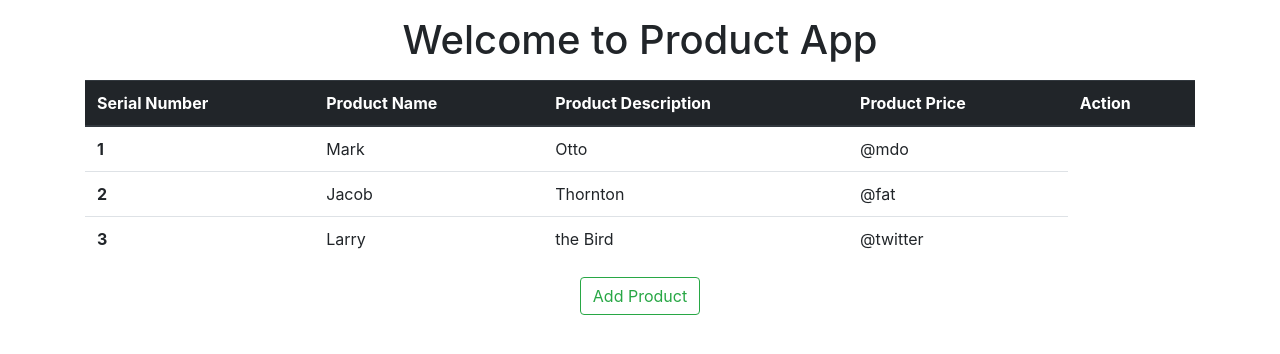
Repository: sagargudi/ProductApp
Page: http://localhost/CURDOperationUsingSpring/WEB-INF/views/index.jsp
The author's editor kept a copy of each file at every save. The page is drawn from the files as they stood at one save, then again after the next save.
The browser window is 1280 px wide. The pictures show the whole page.
Some web libraries are served in a nearby version. The page is served by Tomcat 9. Nobody is signed in. The template is opened directly, without the code that normally fills it, so the values that code supplies are empty.

Above is the page before, as saved 2021-03-06 11:30:41.

After the next save:
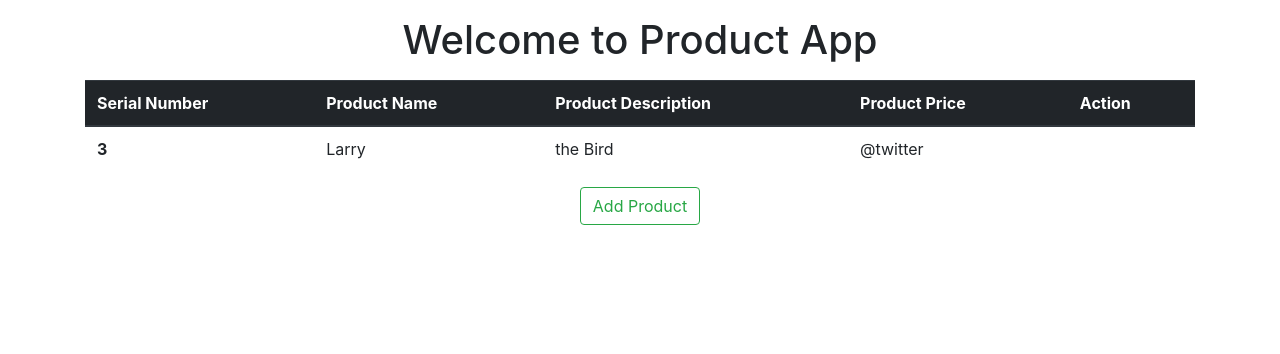
Saved 38 s later.
--- a/CURDOperationUsingSpring/src/main/webapp/WEB-INF/views/index.jsp
+++ b/CURDOperationUsingSpring/src/main/webapp/WEB-INF/views/index.jsp
@@ -22,19 +22,7 @@
 
     </tr>
   </thead>
-  <tbody>
-    <tr>
-      <th scope="row">1</th>
-      <td>Mark</td>
-      <td>Otto</td>
-      <td>@mdo</td>
-    </tr>
-    <tr>
-      <th scope="row">2</th>
-      <td>Jacob</td>
-      <td>Thornton</td>
-      <td>@fat</td>
-    </tr>
+
     <tr>
       <th scope="row">3</th>
       <td>Larry</td>
